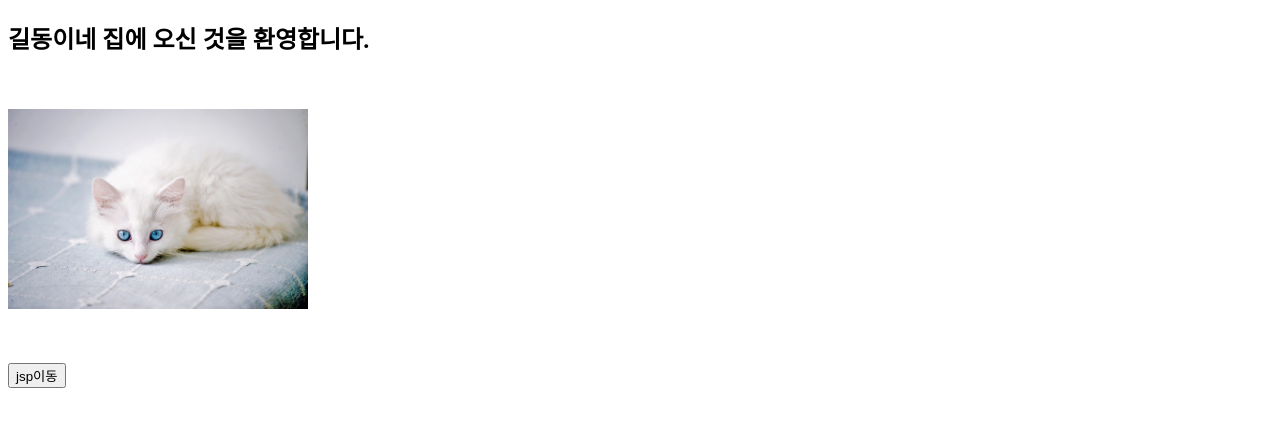
Repository: asfsdw/springBoot
Page: demo1/src/main/resources/static/index.html
An editor plug-in stored every save of this project. The page is shown before and after the next save, followed by the edit.
The browser window is 1280 px wide. The pictures show the whole page.

Above is the page before, as saved 2025-10-30 00:56:06.

After the next save:
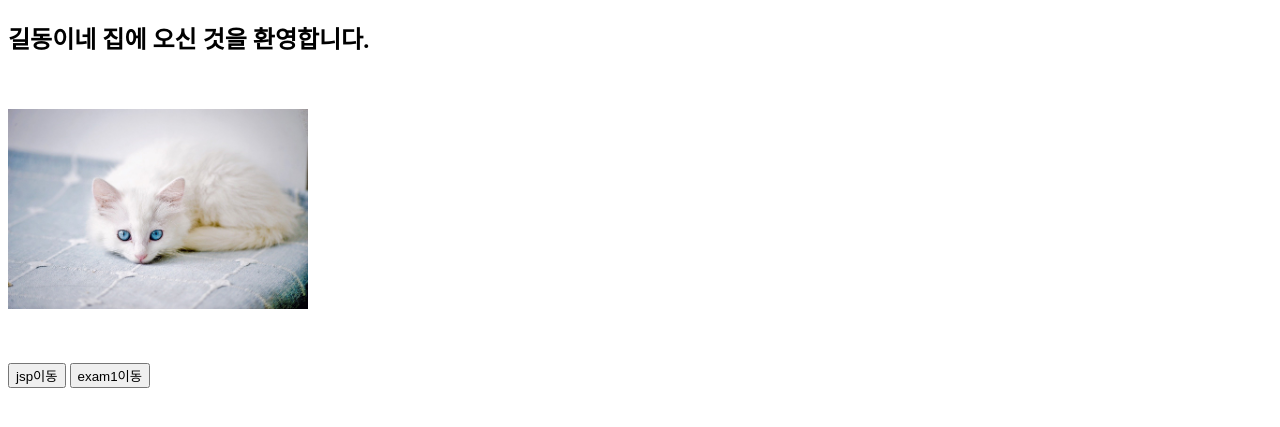
Saved 6 min 50 s later.
--- a/demo1/src/main/resources/static/index.html
+++ b/demo1/src/main/resources/static/index.html
@@ -10,5 +10,6 @@
 	<img src="/images/cat-9813484_1280.jpg" width="300px" />
 	<p><br/></p>
 	<input type="button" value="jsp이동" onclick="location.href='/'" />
+	<input type="button" value="exam1이동" onclick="location.href='/exam/exam1.html?msg=hello'" />
 </body>
 </html>
